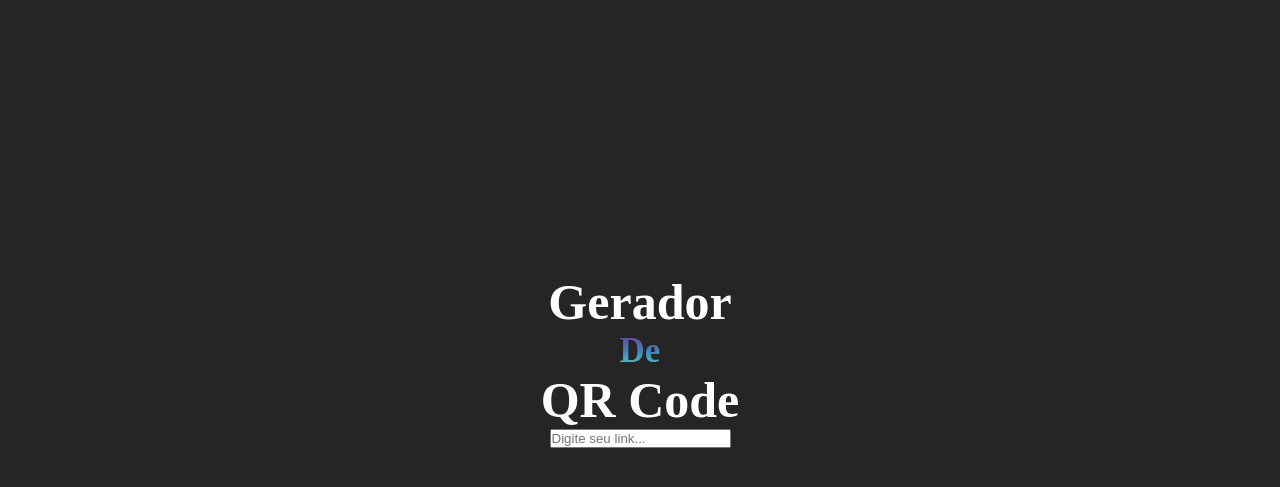
Repository: odiloalmeida/qrcode-generator
Page: /
The author's editor kept a copy of each file at every save. The page is drawn from the files as they stood at one save, then again after the next save.
The browser window is 1280 px wide. The pictures show the whole page.
The project was rebuilt for these pictures with package versions that can differ from the ones it lists, and the page was loaded fresh each time. Also part of the build but not shown: vite.config.js.

Above is the page before, as saved 2022-11-22 18:47:08.

### index.html
<!DOCTYPE html>
<html lang="pt-BR">
  <head>
    <meta charset="UTF-8" />
    <link rel="icon" type="image/svg+xml" href="/vite.svg" />
    <meta name="viewport" content="width=device-width, initial-scale=1.0" />
    <title>QrCode Generator</title>
  </head>
  <body>
    <div id="root"></div>
    <script type="module" src="/src/main.jsx"></script>
  </body>
</html>

### src/App.jsx
import { useState } from 'react'
import './App.css'

function App() {
  const [count, setCount] = useState(0)

  return (
    <div className="App">
      <div className='container-wrap'>
        <h1>Gerador</h1>
        <h2>De</h2>
        <h1>QR Code</h1>
        <input
        className='input'
        placeholder='Digite seu link...'/>
      </div>
    </div>
  )
}

export default App

### src/App.css
* {
  padding: 0;
  margin: 0;
  box-sizing: border-box;
}

.container-wrap{
  background-color: #252525;
  color: #fff;
  display: flex;
  justify-content: center;
  align-items: center;
  flex-direction: column;
  width: 100vw;
  height: 100vh;
}

.container-wrap h1{
  font-size: 50px;
}

.container-wrap h2{
  font-size: 35px;
  background-image: linear-gradient(to bottom, rebeccapurple, steelblue, turquoise);
  background-clip: text;
  -webkit-background-clip: text;
  -webkit-text-fill-color: transparent;
  color: black;
}

Loaded but not shown: src/main.jsx (common file)

After the next save:
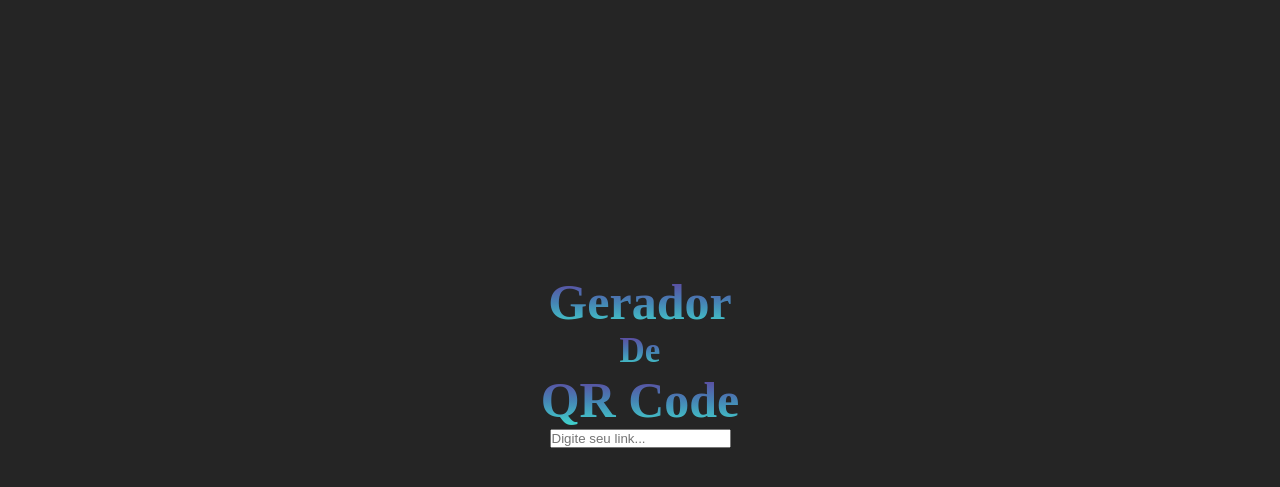
Saved 13 s later.
--- a/src/App.css
+++ b/src/App.css
@@ -17,6 +17,11 @@
 
 .container-wrap h1{
   font-size: 50px;
+  background-image: linear-gradient(to bottom, rebeccapurple, steelblue, turquoise);
+  background-clip: text;
+  -webkit-background-clip: text;
+  -webkit-text-fill-color: transparent;
+  color: black;
 }
 
 .container-wrap h2{
